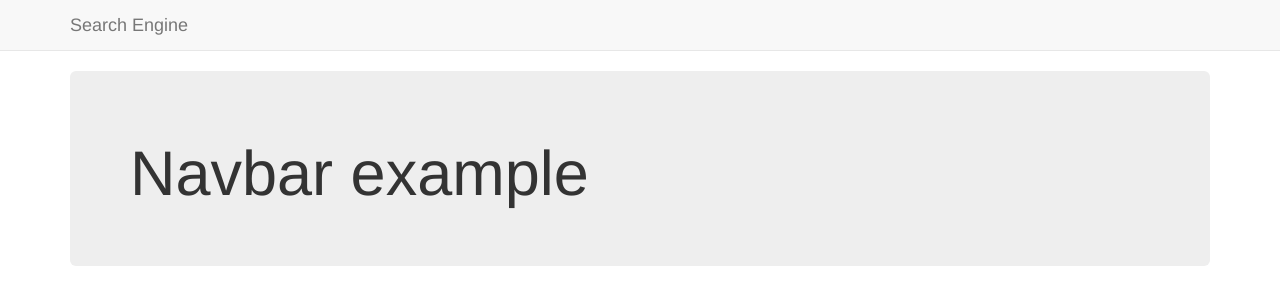
Repository: fallingcoconut/CS121
Page: http://localhost/Webserver/Results.jsp
The author's editor kept a copy of each file at every save. The page is drawn from the files as they stood at one save, then again after the next save.
The browser window is 1280 px wide. The pictures show the whole page.
The page is served by Tomcat 9. Nobody is signed in. The application's start-up code is not run. Other server files are loaded and not shown.

Above is the page before, as saved 2015-06-08 02:49:24.

### Webserver/WebContent/Results.jsp
<%@ page language="java" contentType="text/html; charset=UTF-8"
    pageEncoding="UTF-8"%>
<!DOCTYPE html PUBLIC "-//W3C//DTD HTML 4.01 Transitional//EN" "http://www.w3.org/TR/html4/loose.dtd">
<html>
<head>
<meta http-equiv="Content-Type" content="text/html; charset=UTF-8">
<title>Insert title here</title>
<link rel="stylesheet" href="https://maxcdn.bootstrapcdn.com/bootstrap/3.3.4/css/bootstrap.min.css">
</head>
<body>
	<!--header-->
	<div>
		<nav class="navbar navbar-default navbar-static-top">
			<div class="container">
				<div class="navbar-header">
					<button type="button" class="navbar-toggle collapsed" data-toggle="collapse" data-target="#navbar" aria-expanded="false" aria-controls="navbar">
		            <span class="sr-only">Toggle navigation</span>
		            <span class="icon-bar"></span>
		            <span class="icon-bar"></span>
		            <span class="icon-bar"></span>
		         	</button>
		         	<a class="navbar-brand" href="#">Search Engine</a>
				</div>
			</div>
		</nav>
	</div>

	<div class="container">

	<!-- input box -->
	<div>
	</div>

	<!-- returned results-->
	<div class="jumbotron">
		<h1>Navbar example</h1>
	</div>

	</div>
</body>
</html>

After the next save:
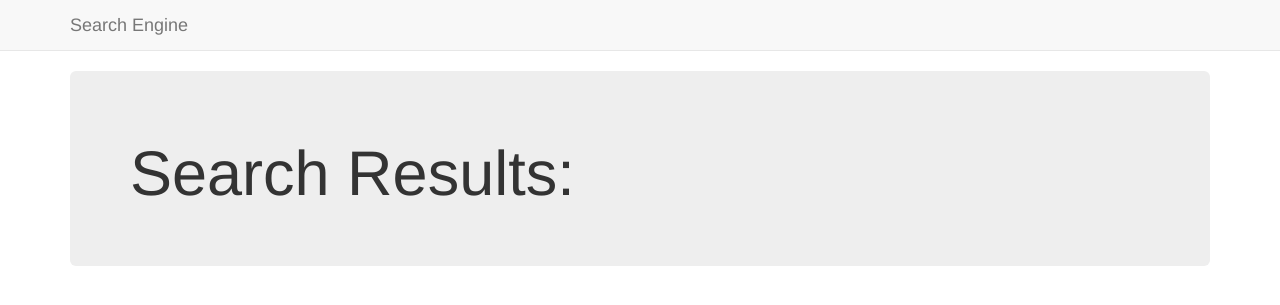
Saved 10 s later.
--- a/Webserver/WebContent/Results.jsp
+++ b/Webserver/WebContent/Results.jsp
@@ -33,7 +33,7 @@
 
 	<!-- returned results-->
 	<div class="jumbotron">
-		<h1>Navbar example</h1>
+		<h1>Search Results:</h1>
 	</div>
 
 	</div>
